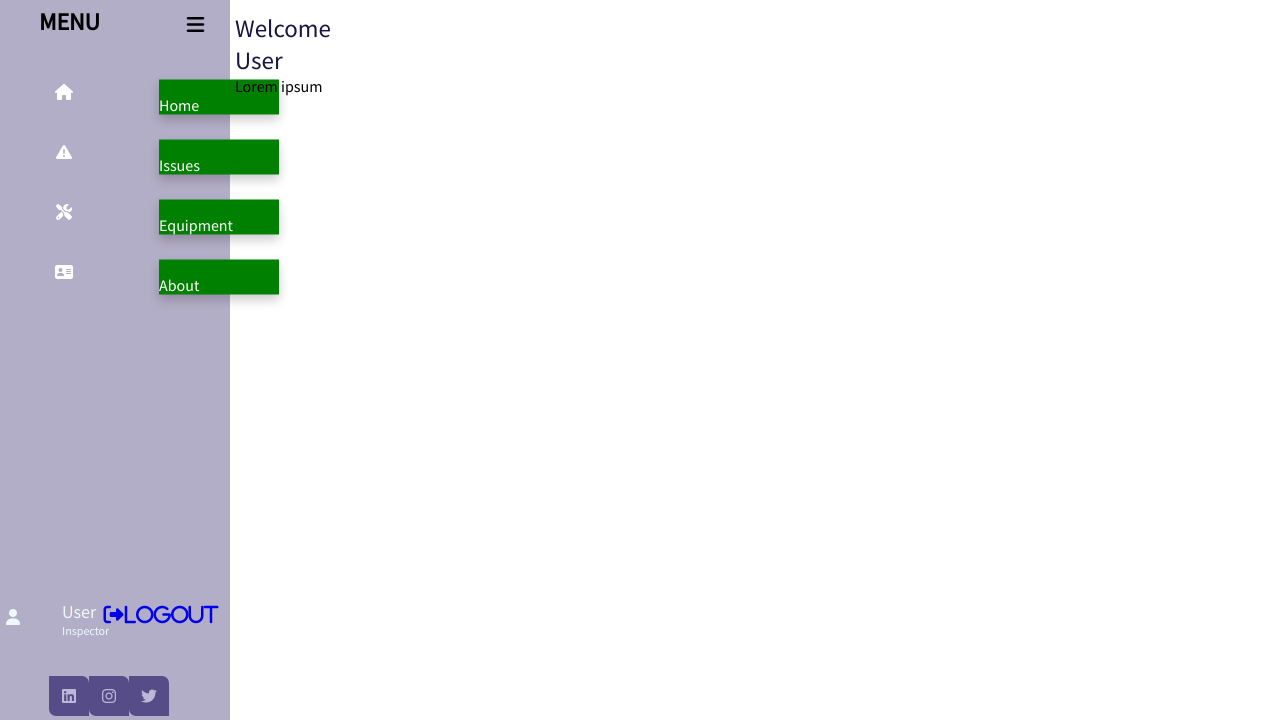
Repository: Lungdjos/ZescoIssueTS
Page: zits/src/main/resources/templates/about_us.html
The author's editor kept a copy of each file at every save. The page is drawn from the files as they stood at one save, then again after a run of saves.
The browser window is 1280 px wide. The pictures show the whole page.
Some web libraries are served in a nearby version.

Above is the page before, as saved 2021-07-10 04:47:24.

### zits/src/main/resources/templates/about_us.html
<!DOCTYPE html>
<html lang="en">

<head>
    <meta charset="UTF-8">
    <meta http-equiv="X-UA-Compatible" content="IE=7">
    <meta name="viewport" content="width=device-width, initial-scale=1.0">
    <title>About Us Page</title>
    <link rel="stylesheet" href="/css/styles.css">

    <script src="https://kit.fontawesome.com/953cd41e6c.js" crossorigin="anonymous"></script>
</head>

<body>
    <div class="wrapper">
        <div class="sidebar">
            <div class="logo_content">
                <div class="logo">
                    <h2>Menu</h2>
                </div>
                <i class="fas fa-bars" id="btn"></i>
            </div>


            <ul class="nav_list">

                <li>
                    <a href="#"><i class="fas fa-home"></i><span class="links_name"> Home</span></a>
                </li>
                <li>
                    <a href="#"><i class="fas fa-exclamation-triangle"></i><span class="links_name"> Issues</span></a>
                </li>
                <li>
                    <a href="#"><i class="fas fa-tools"></i><span class="links_name"> Equipment</span></a>
                </li>
                <li>
                    <a href="#"><i class="fas fa-address-card"></i><span class="links_name"> About</span></a>
                </li>

                <div class="social_media">
                    <a href="#"><i class="fab fa-linkedin"></i></a>
                    <a href="#"><i class="fab fa-instagram"></i></a>
                    <a href="#"><i class="fab fa-twitter"></i></a>
                </div>
            </ul>
            <div class="profile_content">
                <div class="profile">
                    <div class="profile_details">
                        <i class="fas fa-user"></i>
                        <div class="role_title">
                            <div class="name">User</div>
                            <div class="role">Inspector</div>
                        </div>
                    </div>
                    <a href="#"><i class="fas fa-sign-out-alt" id="log_out">Logout</i></a>
                </div>
            </div>
            <div class="main_content">
                <div class="header">Welcome User</div>
                <div class="info">Lorem ipsum</div>
            </div>
        </div>
        <h2 style="color: black;">The About Page</h2>
    </div>





</body>

</html>

### zits/src/main/resources/templates/css/styles.css
@import url('https://fonts.googleapis.com/css2?family=Source+Sans+Pro&display=swap');
* {
    margin: 0;
    padding: 0;
    box-sizing: border-box;
    list-style: none;
    text-decoration: none;
    font-family: Source Sans Pro;
}

body {
    position: relative;
    min-height: 100vh;
    width: 100%;
    overflow: hidden;
}

.wrapper {}


/**Side Bar Props*/

.sidebar {
    position: fixed;
    top: 0;
    left: 0;
    height: 100%;
    width: 230px;
    background: #b3aec7;
    padding: 6px 14px;
}

.social_media {
    position: absolute;
    bottom: 4px;
    left: 50%;
    display: flex;
    transform: translateX(-55%);
}

.social_media a {
    display: block;
    width: 40px;
    background: #564c88;
    height: 40px;
    line-height: 40px;
    text-align: center;
    margin: 0, 5px;
    color: #bdb8d7;
    border-top-right-radius: 7px;
    border-bottom-left-radius: 7px;
}

.logo_content .logo {
    margin-right: 5px;
}

.sidebar h2 {
    text-transform: uppercase;
    margin-bottom: 30px;
    margin-left: 25px;
}

.sidebar #btn {
    position: absolute;
    color: #000;
    left: 85%;
    top: 5px;
    font-size: 20px;
    height: 40px;
    width: 40px;
    text-align: center;
    line-height: 40px;
    transform: translateX(-50%);
}

.sidebar ul {
    margin: 20px;
}

.sidebar ul li {
    position: relative;
    height: 60px;
    width: 110%;
    margin: 0 5px;
    list-style: none;
    line-height: 50px;
}

.sidebar ul li a {
    color: #fff;
    display: flex;
    align-items: center;
    text-decoration: none;
    transition: all 0.35s ease;
    border-radius: 12px;
}

.sidebar ul li a .links_name {
    position: absolute;
    height: 35px;
    width: 120px;
    left: 120px;
    background: green;
    box-shadow: 0 5px 10px rgba(0, 0, 0, 0.2);
    top: 50%;
    transform: translateY(-50%);
    border: radius 6px;
}

.sidebar ul li a:hover {
    color: green;
    background: orange;
}

.sidebar ul li a .fas {
    height: 50px;
    min-width: 50px;
    border-radius: 12px;
    line-height: 50px;
    text-align: center;
}

.sidebar .profile_content {
    position: absolute;
    color: aliceblue;
    left: 0;
    bottom: 80px;
    width: 100%;
}

.sidebar .profile_content .profile {
    position: relative;
    padding: 10px 6px;
    height: 50px;
}

.sidebar .profile_content .profile:hover {
    background: greenyellow;
    color: #000;
}

.sidebar .profile_content .profile .profile_details {
    display: flex;
    align-items: center;
}

.profile .profile_details .fas {
    height: 20px;
    width: 50px;
    object-fit: cover;
}

.profile .profile_details .role_title {
    margin-left: 6px;
}

.profile .profile_details .name {
    font-size: 18px;
    font-weight: 400;
}

.profile .profile_details .role {
    font-size: 12px;
    font-weight: 200;
}

.profile #log_out {
    position: absolute;
    left: 70%;
    bottom: 0.01em;
    transform: translateX(-50%);
    transform: rotateY('180');
    min-width: 50px;
    line-height: 50px;
    font-size: 20px;
    border-radius: 12px;
}

.profile #log_out:hover {
    color: red;
}

.main_content {
    top: 0;
    position: absolute;
    height: 100%;
    width: calc(100%-235);
    left: 235px;
}

.main_content .header {
    margin-top: 12px;
    color: #1b1341;
    font-weight: 500;
    font-size: 25px;
}

After the next 7 saves:
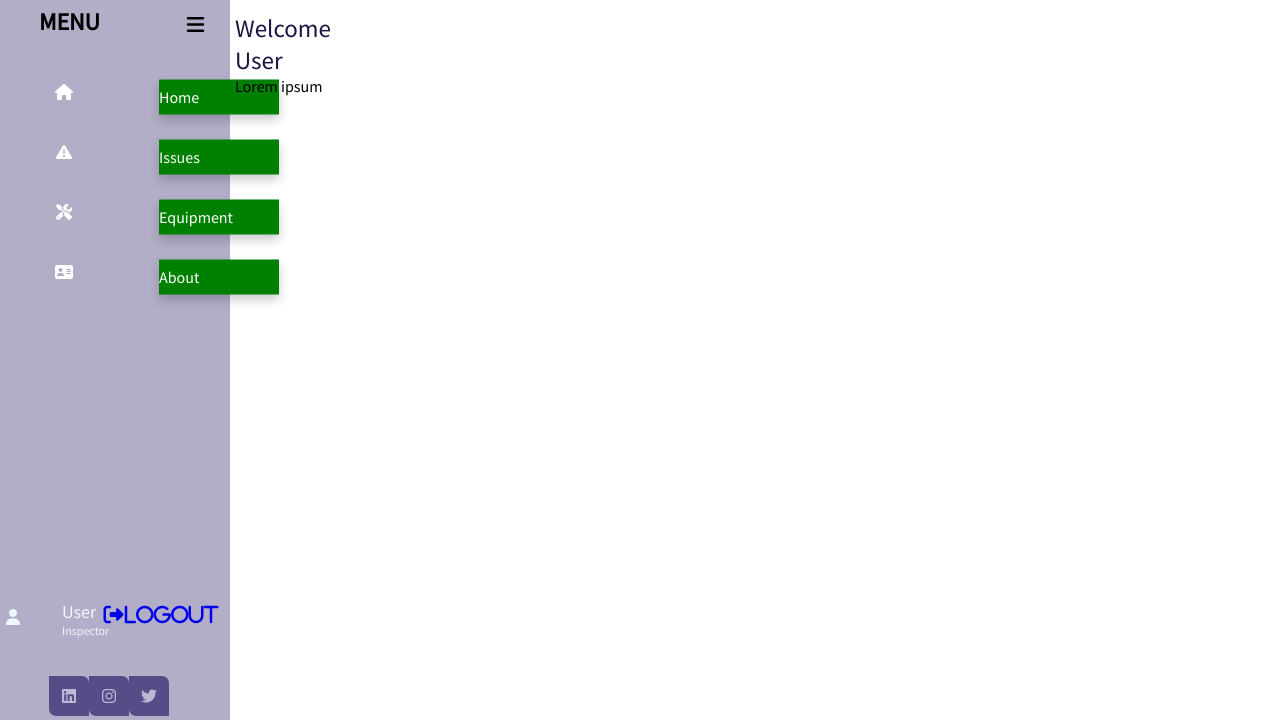
The 7 saves are shown as one change because they came seconds apart.
The last was saved 31 s later.
--- a/zits/src/main/resources/templates/css/styles.css
+++ b/zits/src/main/resources/templates/css/styles.css
@@ -106,6 +106,7 @@
     top: 50%;
     transform: translateY(-50%);
     border: radius 6px;
+    line-height: 35px;
 }
 
 .sidebar ul li a:hover {
